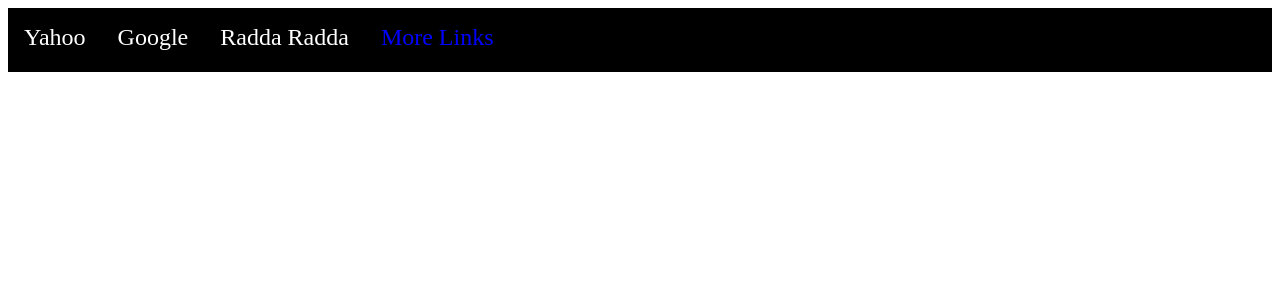
Repository: Komerican/komerican.github.io
Page: index1.html
The author's editor kept a record of every edit. The page is drawn from the files as they stood at one moment, then again after the next edit.
The browser window is 1280 px wide. The pictures show the whole page.

Above is the page before.

### index1.html
<!DOCTYPE html>
<html>
  <head>

    <title>repl.it</title>

    <style>
      .navbar{
        background-color: black;
        width: 100%;
        height: 64px;

      }

      .navbar a, .morelinks {
        color: white;
        font-size: 24px;
        text-decoration: none;
        padding:16px;
        float:left;
      }
      .morelinks{
        color: blue;
        font-size: 24px;
        text-decoration: none;
        padding:16px;
      }


      .navbar a:hover, .morelinks:hover{
        background-color: pink;
      }

      .dropdown:hover .dropdown-content{
        display:block;
      }

      .dropdown-content{
        position: absolute;
        z-index: 1;
        display:none;
      }

      .dropdown{
        background-color: black;
        color: white;
        float: left;
        text-decoration: none;
        font-size: 24px;

      }

      .dropdown-content a{
        float:none;
        display:block;

      }

    </style>

  </head>
  <body>
    <div class="navbar">
      <a href="https://www.yahoo.com">Yahoo</a>
      <a href="https://www.google.com">Google</a>
       <a href="https://vimm.net/vault/17594">Radda Radda</a>
      <div class="dropdown">
        <div class="morelinks">More Links</div>
        <div class="dropdown-content">
          <a href="https://www.awseducate.com">AWS Educate</a>
          <a href="https://www.collegeboard.org">College Board</a>
        </div>
      </div>

    </div>

  </body>
</html>

After the next edit:
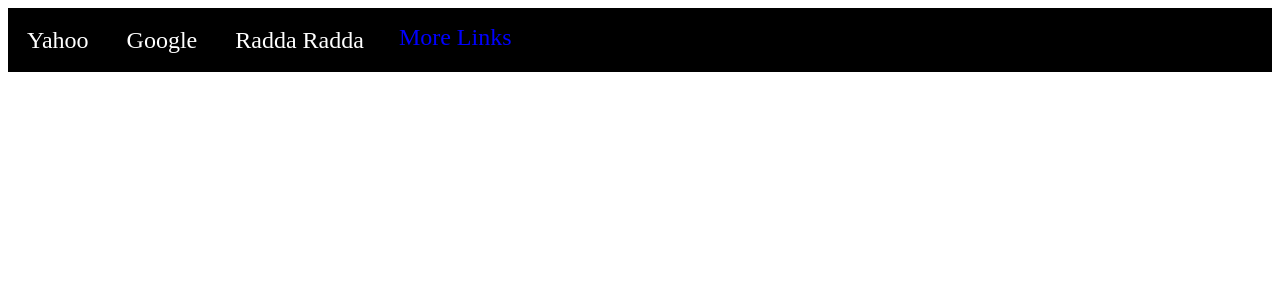
The edit:
--- a/index1.html
+++ b/index1.html
@@ -16,7 +16,7 @@
         color: white;
         font-size: 24px;
         text-decoration: none;
-        padding:16px;
+        padding:19px;
         float:left;
       }
       .morelinks{
